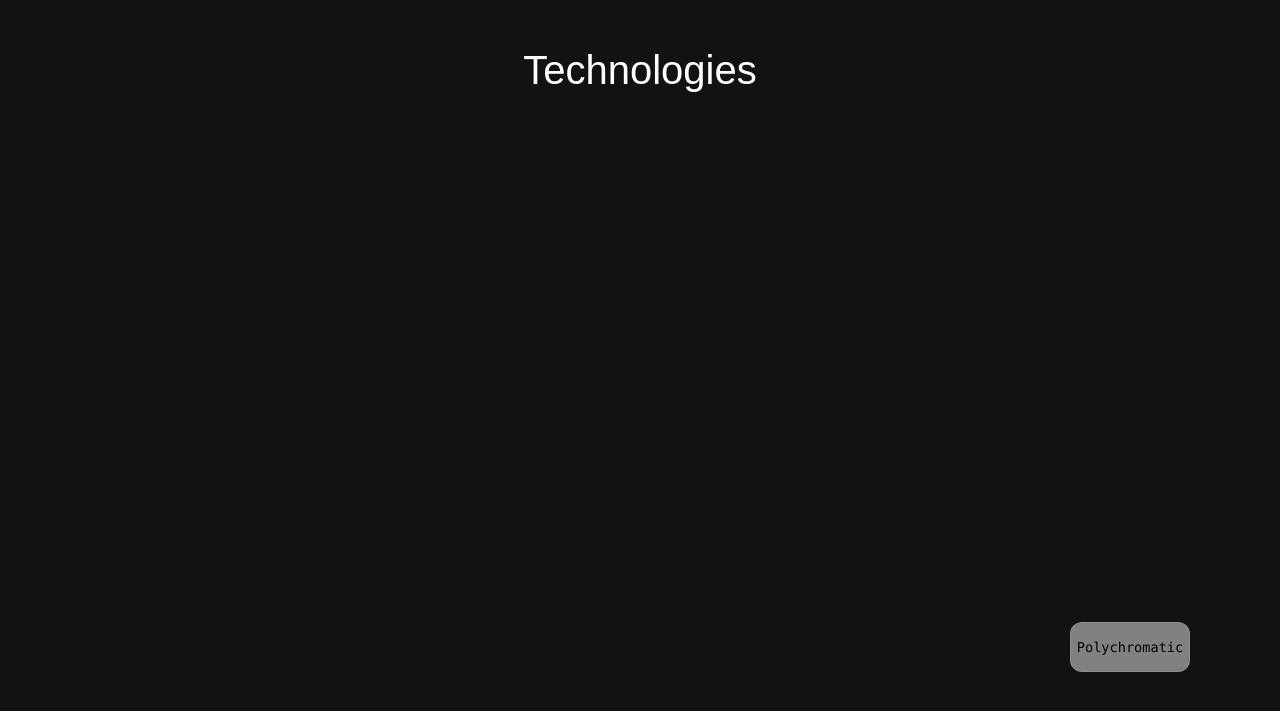
Repository: Baaam0/DCD_week7
Page: /
These files come from the project's save history. The page is drawn as it stood at one moment and after the next save; the edit follows.
The browser window is 1280 px wide. The pictures show the whole page.
The page's requests for data from a server got no answer. Some web fonts or font styles are not loaded; a fallback is used. The project was rebuilt for these pictures with package versions that can differ from the ones it lists, and the page was loaded fresh each time. The framework's server and built-in components were replaced by stand-ins that run in the browser. No one was signed in, and anything a server would have sent is missing. Also part of the build but not shown: next.config.js.

Above is the page before, as saved 2023-02-18 02:16:22.

After the next save:
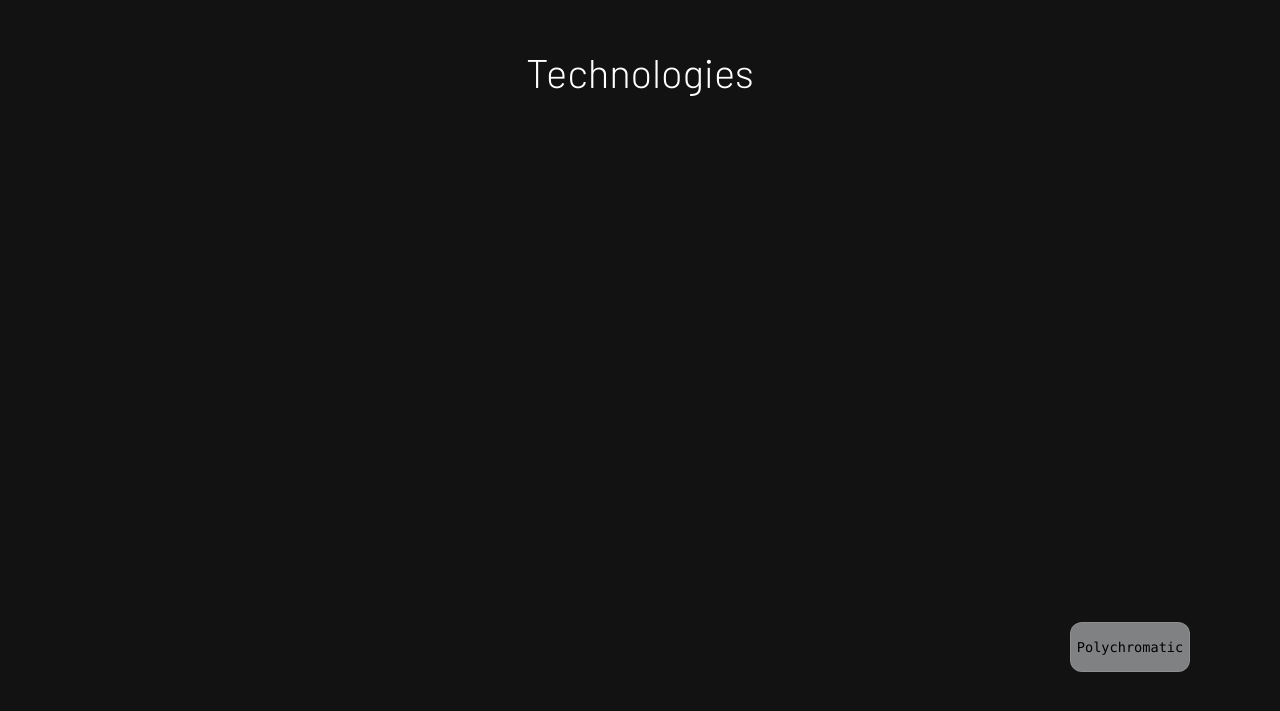
Saved 18 s later.
--- a/styles/Home.module.css
+++ b/styles/Home.module.css
@@ -16,7 +16,7 @@
   font-weight: 500;
   margin-bottom: 0.5rem;
   color: rgb(255, 255, 255);
-  font-family: 'DotGothic16', sans-serif;
+  font-family: 'Barlow', sans-serif;
 }
 
 .description {
